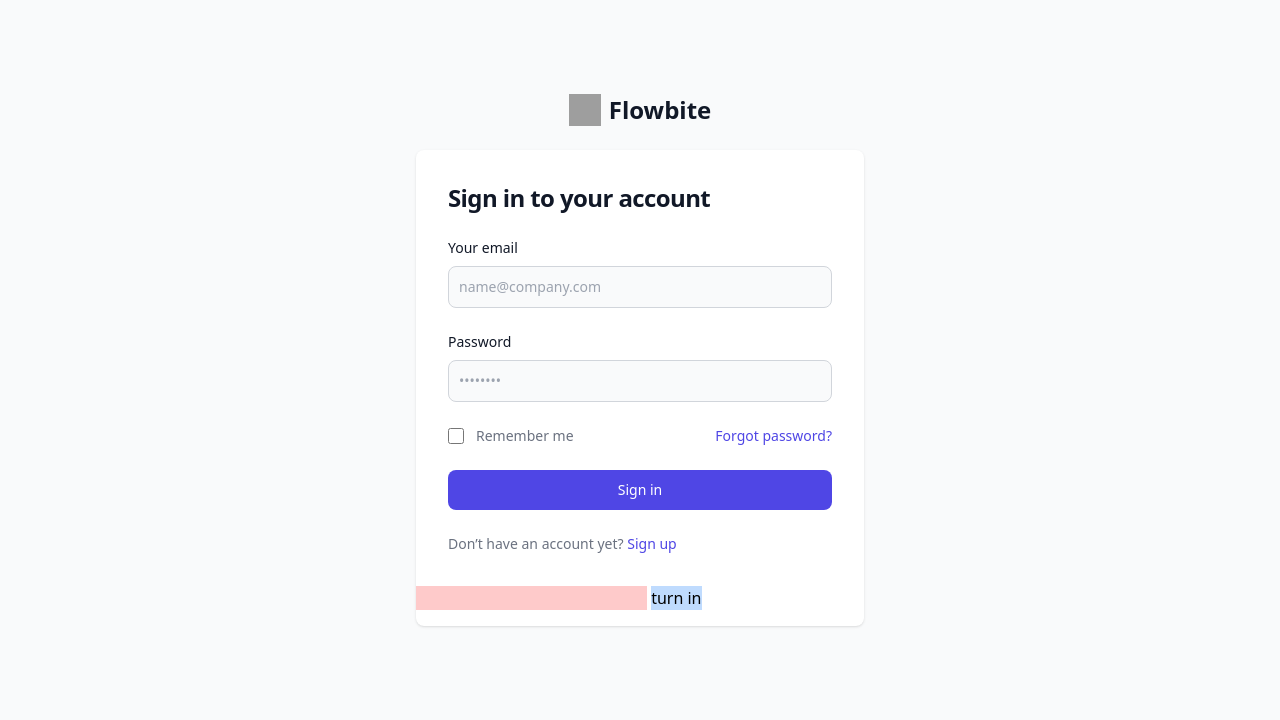
Repository: Narain-Singaram/Coreverse-SMP-Project
Page: http://localhost/account/login.php
These files come from the project's save history. The page is drawn as it stood at one moment and after a run of saves; the edit follows.
The browser window is 1280 px wide. The pictures show the whole page.
Pictures or frames that could not be fetched are drawn as grey boxes. Some web libraries are served in a nearby version. The page is run by PHP 8.4 with error messages shown; the project is at /var/www/html/.

Above is the page before, as saved 2022-11-06 00:00:23.

### account/login.php
    <?php
        include("../configurations/configurations.php");
    ?>
    <section class="bg-gray-50">
    <div class="flex flex-col items-center justify-center px-6 py-8 mx-auto md:h-screen lg:py-0">
        <a href="#" class="flex items-center mb-6 text-2xl font-semibold text-gray-900">
            <img class="w-8 h-8 mr-2" src="https://flowbite.s3.amazonaws.com/blocks/marketing-ui/logo.svg" alt="logo">
            Flowbite
        </a>
        <div class="w-full bg-white rounded-lg shadow md:mt-0 sm:max-w-md xl:p-0">
            <div class="p-6 space-y-4 md:space-y-6 sm:p-8">
                <h1 class="text-xl font-bold leading-tight tracking-tight text-gray-900 md:text-2xl">
                    Sign in to your account
                </h1>
                <form class="space-y-4 md:space-y-6" action="#">
                    <div>
                        <label for="email" class="block mb-2 text-sm font-medium text-gray-900">Your email</label>
                        <input type="email" name="email" id="email" class="bg-gray-50 border border-gray-300 text-gray-900 sm:text-sm rounded-lg focus:ring-indigo-600 focus:border-indigo-600 block w-full p-2.5" placeholder="name@company.com" required="">
                    </div>
                    <div>
                        <label for="password" class="block mb-2 text-sm font-medium text-gray-900">Password</label>
                        <input type="password" name="password" id="password" placeholder="••••••••" class="bg-gray-50 border border-gray-300 text-gray-900 sm:text-sm rounded-lg focus:ring-indigo-600 focus:border-indigo-600 block w-full p-2.5" required="">
                    </div>
                    <div class="flex items-center justify-between">
                        <div class="flex items-start">
                            <div class="flex items-center h-5">
                                <input id="remember" aria-describedby="remember" type="checkbox" class="w-4 h-4 border border-gray-300 rounded bg-gray-50 focus:ring-3 focus:ring-indigo-300" required="">
                            </div>
                            <div class="ml-3 text-sm">
                                <label for="remember" class="text-gray-500">Remember me</label>
                            </div>
                        </div>
                        <a href="#" class="text-sm font-medium text-indigo-600 hover:underline">Forgot password?</a>
                    </div>
                    <button type="submit" class="w-full text-white bg-indigo-600 hover:bg-indigo-700 focus:ring-4 focus:outline-none focus:ring-indigo-300 font-medium rounded-lg text-sm px-5 py-2.5 text-center">Sign in</button>
                    <p class="text-sm font-light text-gray-500">
                        Don’t have an account yet? <a href="#" class="font-medium text-indigo-600 hover:underline">Sign up</a>
    </p>
                </form>
            </div>
    <form action="login.php" method='POST'>
        <input class='bg-red-200' type="text" name="full_name" id="">
        <input type="submit" class='bg-blue-200' name='submit_name' value="turn in">
    </form>
        </div>
    </div>
    </section>


<script src="https://cdn.tailwindcss.com"></script>

### configurations/configurations.php
<?php
ob_start(); //Turns on output buffering
session_start();

    $timezone = date_default_timezone_set("America/New_York");
    $con = mysqli_connect("localhost", "root", "", "coreverse");

    if(mysqli_connect_errno()) {
    echo "Failed to connect: " . mysqli_connect_errno();
    }


?>

After the next 2 saves:
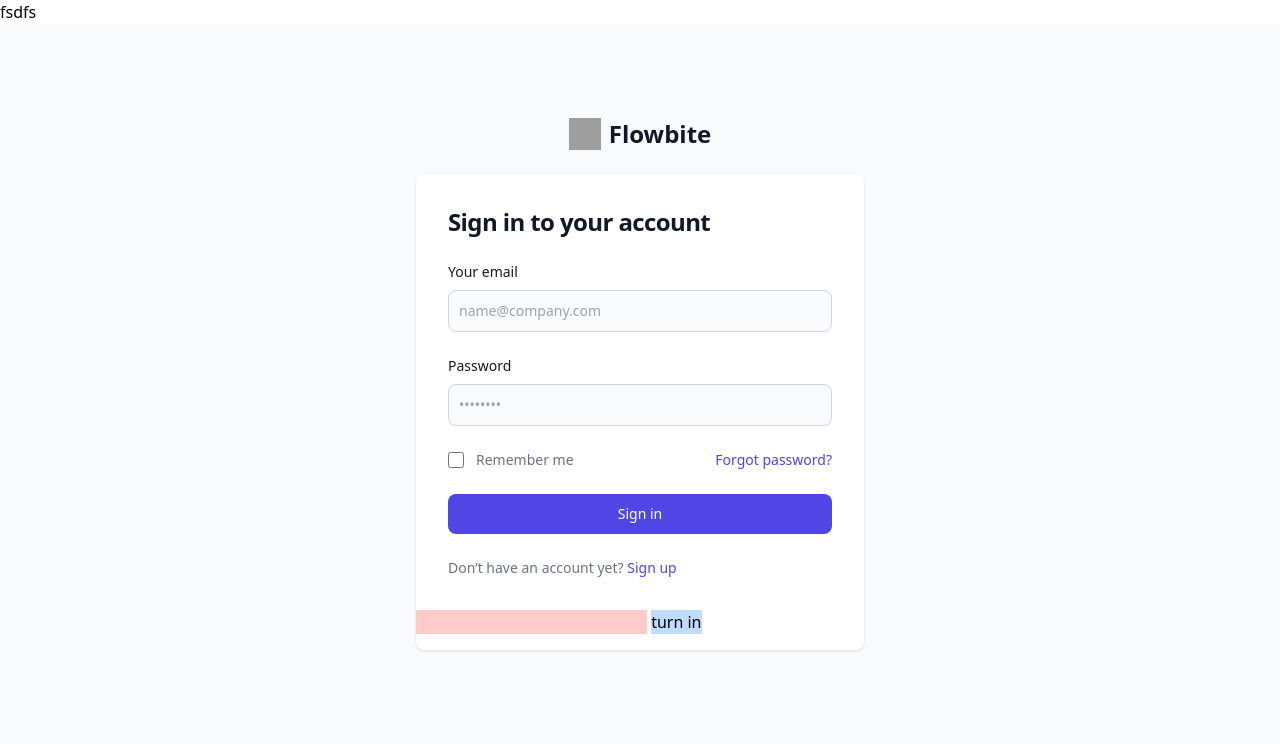
The 2 saves are shown as one change because they came seconds apart.
The last was saved 2 min 11 s later.
--- a/account/login.php
+++ b/account/login.php
@@ -1,6 +1,5 @@
-    <?php
-        include("../configurations/configurations.php");
-    ?>
+
+    fsdfs
     <section class="bg-gray-50">
     <div class="flex flex-col items-center justify-center px-6 py-8 mx-auto md:h-screen lg:py-0">
         <a href="#" class="flex items-center mb-6 text-2xl font-semibold text-gray-900">
